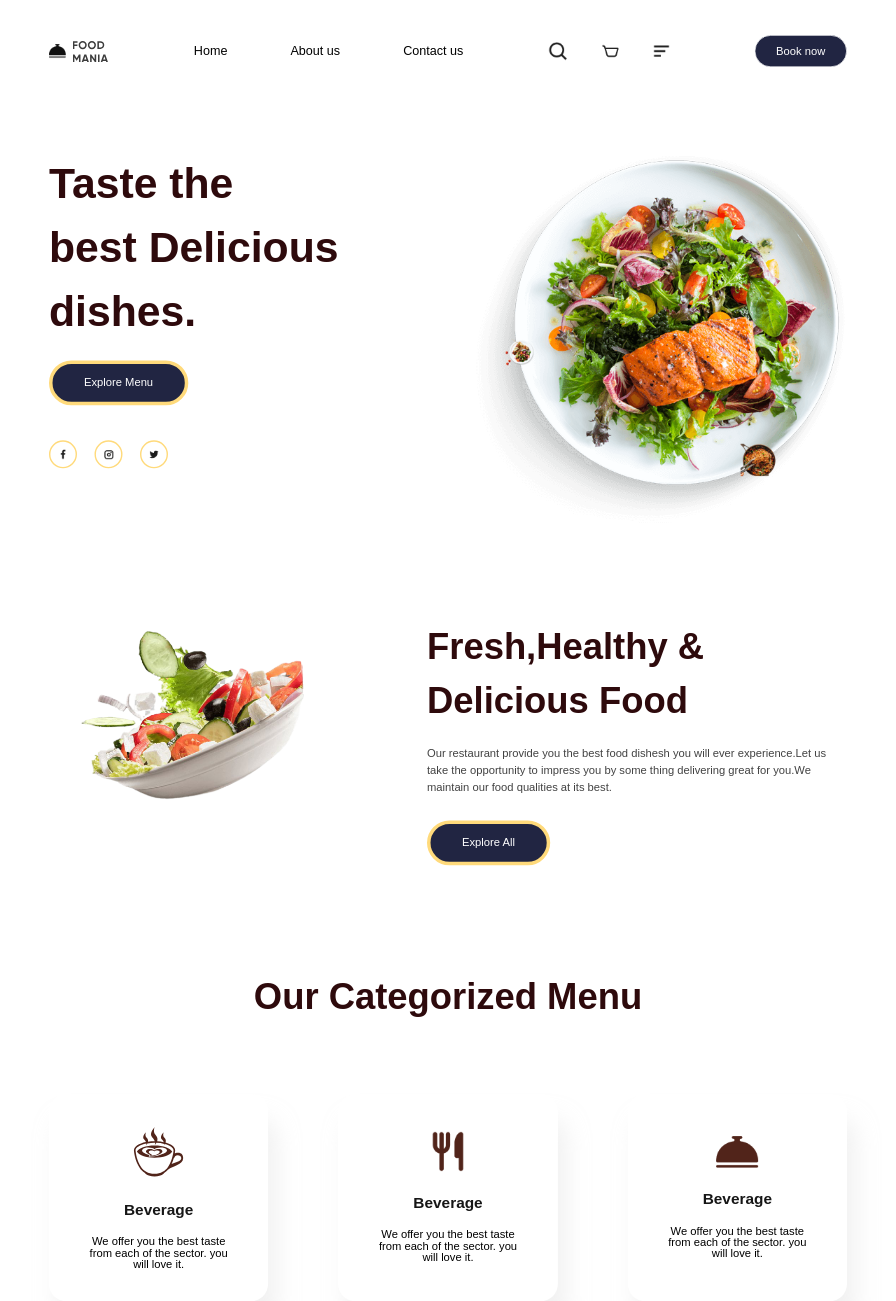
Repository: hoang0508/Figmafood
Page: index.html
The author's editor kept a copy of each file at every save. The page is drawn from the files as they stood at one save, then again after the next save.
The browser window is 1280 px wide. The pictures show the whole page, at 70% of full size.
The style sheet was rebuilt from its Sass, Less or Tailwind sources for each picture, by a compiler version that may differ from the author's.

Above is the page before, as saved 2021-11-08 13:52:52.

After the next save:
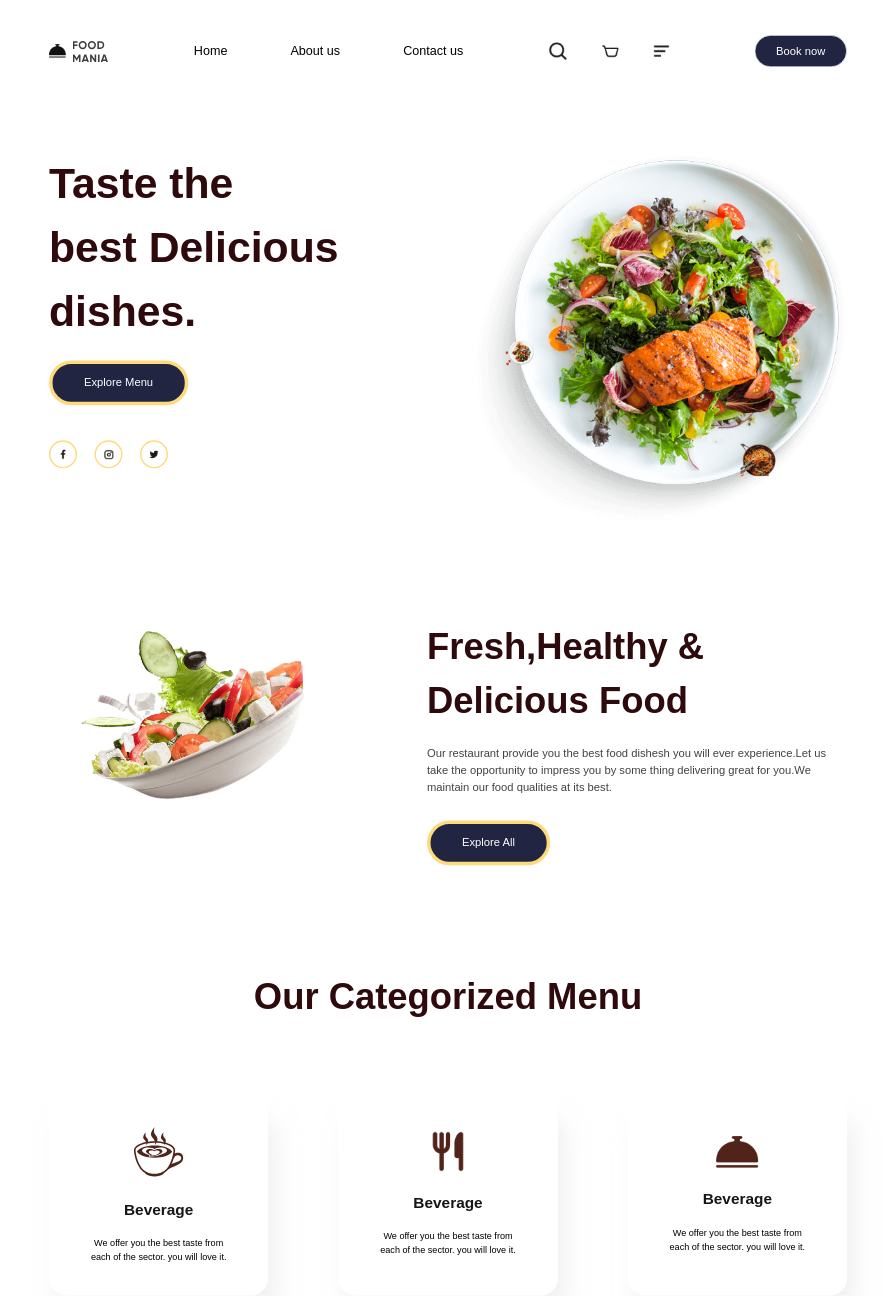
Saved 28 s later.
--- a/sass/_menu.scss
+++ b/sass/_menu.scss
@@ -26,5 +26,7 @@
   }
   &-desc {
     text-align: center;
+    font-size: 13px;
+    line-height: calc(20 / 13);
   }
 }
